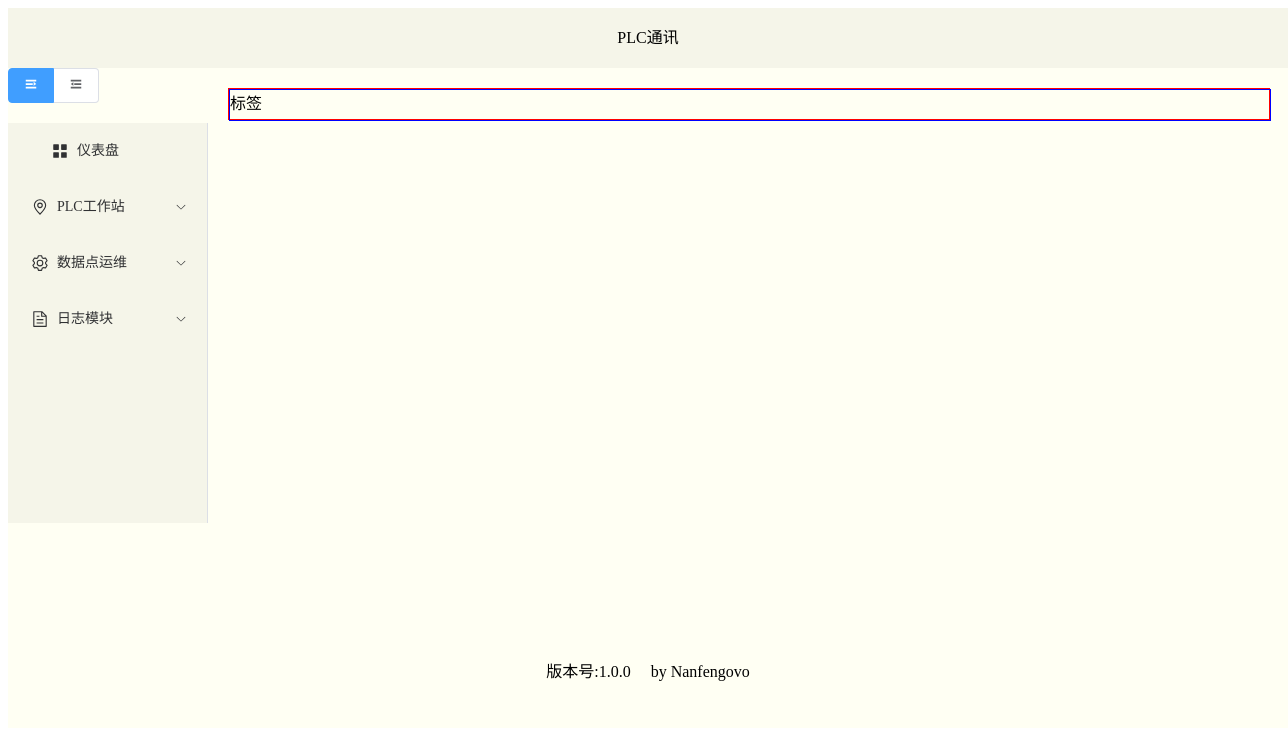
Repository: nanfengovo/HelperWorkStation
Page: /#/frameWork/PLCWorkstation/PLC (app in HelperWorkStation/plchelper-ui/)
An editor plug-in stored every save of this project. The page is shown before and after the next save, followed by the edit.
The browser window is 1280 px wide. The page is 1288 px wide, so the pictures cover 1288 px, including what lies to the right of the window. The pictures show the whole page.
The project was rebuilt for these pictures with package versions that can differ from the ones it lists, and the page was loaded fresh each time. Also part of the build but not shown: HelperWorkStation/plchelper-ui/vite.config.ts, HelperWorkStation/plchelper-ui/src/views/Login/index.vue.

Above is the page before, as saved 2024-12-27 14:47:09.

### HelperWorkStation/plchelper-ui/index.html
<!DOCTYPE html>
<html lang="">
  <head>
    <meta charset="UTF-8">
    <link rel="icon" href="/favicon.ico">
    <meta name="viewport" content="width=device-width, initial-scale=1.0">
    <title>Vite App</title>
  </head>
  <body>
    <div id="app"></div>
    <script type="module" src="/src/main.ts"></script>
  </body>
</html>

<style>
  #app{
    /* display: flex;
    justify-content: center;
    align-items: center; */
    height: 100vh;
    width: 100vw;
  }
</style>

### HelperWorkStation/plchelper-ui/src/main.ts
// import './assets/main.css'

import { createApp } from 'vue'
import ElementPlus from 'element-plus'
import 'element-plus/dist/index.css'
import { createPinia } from 'pinia'

import App from './App.vue'
import * as ElementPlusIconsVue from '@element-plus/icons-vue'
import router from './router'

const app = createApp(App)
app.use(router)
for (const [key, component] of Object.entries(ElementPlusIconsVue)) {
    app.component(key, component)
    }
app.use(ElementPlus)
app.use(createPinia())


app.mount('#app')

### HelperWorkStation/plchelper-ui/src/App.vue
<script setup lang="ts">
import {  RouterView } from 'vue-router'
import FrameWork from './views/FrameWork/index.vue'
import Login from './views/Login/index.vue'
</script>

<template>
  <div class="app">
    <RouterView />
  </div>

  <!-- <RouterView /> -->
</template>

<style scoped>
	html,body,#app{
      height: 100%;
      width: 100%;
	}
  .app{
    height: 100%;
    width: 100%;
  }
</style>

### HelperWorkStation/plchelper-ui/src/router/index.ts
import { createMemoryHistory, createRouter, createWebHashHistory, type RouteRecordRaw } from 'vue-router'
import frameWork from '../views/FrameWork/index.vue';
import Login from '../views/Login/index.vue';
import panel from '../views/FrameWork/layout/panel/index.vue';

// const routes: RouteRecordRaw[] = [];
const routes: Array<RouteRecordRaw> = [
    {
        path: '/',
        redirect: '/login'
    },
    {
        path: '/login',
        name: 'login',
        component: Login
    },
    {
        path: '/frameWork',
        name: '主页',
        component: frameWork,
        children: [
            {
                path: '/framework/panel',
                name: '仪表板',
                component: () => import('../views/FrameWork/layout/panel/index.vue'),
            },
            {
                path: '/frameWork/PLCWorkstation/Modbus',
                name: 'PLC工作站-Modbus',
                component: () => import('../views/FrameWork/layout/PLCWorkstation/Modbus/index.vue'),
            },
            {
                path: '/frameWork/PLCWorkstation/PLC',
                name: 'PLC工作站-PLC配置',
                component: () => import('../views/FrameWork/layout/PLCWorkstation/PLC/index.vue'),
            },
            {
                path: '/frameWork/PLCWorkstation/S7',
                name: 'PLC工作站-S7',
                component: () => import('../views/FrameWork/layout/PLCWorkstation/S7/index.vue'),
            },
            {
                path: '/frameWork/PLCWorkstation/OPC',
                name: 'PLC工作站-OPC',
                component: () => import('../views/FrameWork/layout/PLCWorkstation/OPC/index.vue'),
            },
            {
                path: '/frameWork/PLCWorkstation/FinsTCP',
                name: 'PLC工作站-FinsTCP',
                component: () => import('../views/FrameWork/layout/PLCWorkstation/FinsTCP/index.vue'),
            },
            {
                path: '/frameWork/DataPointOperations/Modbus',
                name: '数据点运维-Modbus',
                component: () => import('../views/FrameWork/layout/DataPointOperations/Modbus/index.vue'),
            },
            {
                path: '/frameWork/DataPointOperations/S7',
                name: '数据点运维-S7',
                component: () => import('../views/FrameWork/layout/DataPointOperations/S7/index.vue'),
            },
            {
                path: '/frameWork/DataPointOperations/Opc',
                name: '数据点运维-Opc',
                component: () => import('../views/FrameWork/layout/DataPointOperations/OPC/index.vue'),
            },
            {
                path: '/frameWork/DataPointOperations/FinsTCP',
                name: '数据点运维-FinsTCP',
                component: () => import('../views/FrameWork/layout/DataPointOperations/FinsTCP/index.vue'),
            },
            {
                path: '/frameWork/Log/Operation',
                name: '用户操作日志',
                component: () => import('../views/FrameWork/layout/Log/Operation/index.vue'),
            },
            {
                path: '/frameWork/Log/ReadWrite',
                name: '数据点读写日志',
                component: () => import('../views/FrameWork/layout/Log/ReadWrite/index.vue'),
            },

        ],


    },
];

const router = createRouter({
    history: createWebHashHistory(),
    routes,
});

export default router;

### HelperWorkStation/plchelper-ui/src/views/FrameWork/index.vue
<template>
    <div class="common-layout">
        <el-container>
            <div class="layout-header">
                <el-header>
                    PLC通讯
                </el-header>
            </div>
            <el-container>
                <el-aside width="200px" height="100vh" >
                    <el-radio-group v-model="isCollapse" style="margin-bottom: 20px">
                        <el-radio-button :value="false"><el-icon><Expand /></el-icon></el-radio-button>
                        <el-radio-button :value="true"><el-icon><Fold /></el-icon></el-radio-button>
                    </el-radio-group>
                    <el-menu
                        background-color="#f5f5e9"
                        default-active="1"
                        class="el-menu-vertical-demo"
                        :collapse="isCollapse"
                        @open="handleOpen"
                        @close="handleClose"
                        router
                    >
                        <el-menu-item index="/frameWork/panel">
                            <el-menu-item >
                                <el-icon><icon-menu /></el-icon>
                                <template #title>仪表盘</template>
                            </el-menu-item>
                        </el-menu-item>
                        <el-sub-menu index="2">
                        <template #title>
                            <el-icon><location /></el-icon>
                            <span>PLC工作站</span>
                        </template>
                        <el-menu-item-group >
                            <el-menu-item index="/frameWork/PLCWorkstation/PLC">PLC配置</el-menu-item>
                            <el-menu-item index="/frameWork/PLCWorkstation/Modbus">Modbus模块</el-menu-item>
                            <el-menu-item index="/frameWork/PLCWorkstation/S7">S7模块</el-menu-item>
                            <el-menu-item index="/frameWork/PLCWorkstation/OPC">OPC模块</el-menu-item>
                            <el-menu-item index="/frameWork/PLCWorkstation/FinsTCP">FinsTCP模块</el-menu-item>
                        </el-menu-item-group>
                        </el-sub-menu>
                        <el-sub-menu index="3">
                        <template #title>
                            <el-icon><Setting /></el-icon>
                            <span>数据点运维</span>
                        </template>
                        <el-menu-item-group >
                            <el-menu-item index="/frameWork/DataPointOperations/Modbus">Modbus数据点配置</el-menu-item>
                            <el-menu-item index="/frameWork/DataPointOperations/S7">S7数据点配置</el-menu-item>
                            <el-menu-item index="/frameWork/DataPointOperations/Opc">OPC数据点配置</el-menu-item>
                            <el-menu-item index="/frameWork/DataPointOperations/FinsTCP">FinsTCP数据点模块</el-menu-item>
                        </el-menu-item-group>
                        </el-sub-menu>
                        <el-sub-menu index="4">
                        <template #title>
                            <el-icon><Document /></el-icon>
                            <span>日志模块</span>
                        </template>
                        <el-menu-item-group >
                            <el-menu-item index="/frameWork/Log/Operation">操作日志</el-menu-item>
                            <el-menu-item index="/frameWork/Log/ReadWrite">读写日志</el-menu-item>
                        </el-menu-item-group>
                        </el-sub-menu>
                    </el-menu>
                </el-aside>
                    <el-container>
                        <el-main>
                            <div class="main-header">
                            <!-- <div class="main-header-breadcrumb"> -->
                                <!-- 面包屑 -->
                                <!-- <el-breadcrumb :separator-icon="ArrowRight"
                                                style="cursor: pointer; margin: 10px 0; display:inline-block;margin-left: 10px; ">
                                                <el-breadcrumb-item  >面包屑导航</el-breadcrumb-item>
                                </el-breadcrumb> -->
                            <!-- </div> -->
                            <div class="main-header-tab">
                                <el-tab>
                                    标签
                                </el-tab>
                            </div>
                        </div>
                            <RouterView/>
                        </el-main>
                    </el-container>
            </el-container>
                <el-footer class="fixed-footer" >
                    <span>版本号:{{SoftVersion}}</span>&nbsp;&nbsp;&nbsp;&nbsp;
                    <span>by {{ SoftAuthor }}</span>
                </el-footer>
        </el-container>
    </div>
</template>

<script lang="ts" setup>
import { ref } from 'vue'
import { useRouter } from 'vue-router';
import routes from '../../router/index';
import {
    Document,
    Menu as IconMenu,
    Location,
    Setting,
    ArrowRight,
} from '@element-plus/icons-vue'




const SoftVersion = ref('1.0.0')
const SoftAuthor = ref('Nanfengovo')


import { useRoute } from 'vue-router'
const route = useRoute()
const pathList = ref()

console.log('route', route)// 获取当前路由


const isCollapse = ref(false)

</script>

<style>
.el-menu-vertical-demo:not(.el-menu--collapse) {
    width: 200px;
    min-height: 400px;
}
.layout-header {
    background-color: #f5f5e9;
    color: black;
    text-align: center;
    line-height: 60px;
}
.common-layout{
    display: flex;
    flex-direction: column;
    min-height: 100vh;
    background-color: #fffff3;
}
.fixed-footer {
    background-color: #fffff3; /* 根据需要设置背景颜色 */
    padding: 10px; /* 根据需要设置内边距 */
    text-align: center; /* 根据需要设置文本对齐方式 */
    margin-bottom: 20px;
}
.main-header{
    border: red 1px solid;
    width: 100%;
    height: 30px;
}

.main-header-tab
{
    border: blue 1px solid;
    width: 100%;
    height: 30px;
}

</style>

### HelperWorkStation/plchelper-ui/src/views/FrameWork/layout/PLCWorkstation/PLC/index.vue
<template>

</template>
<script setup lang="ts">
</script>

After the next save:
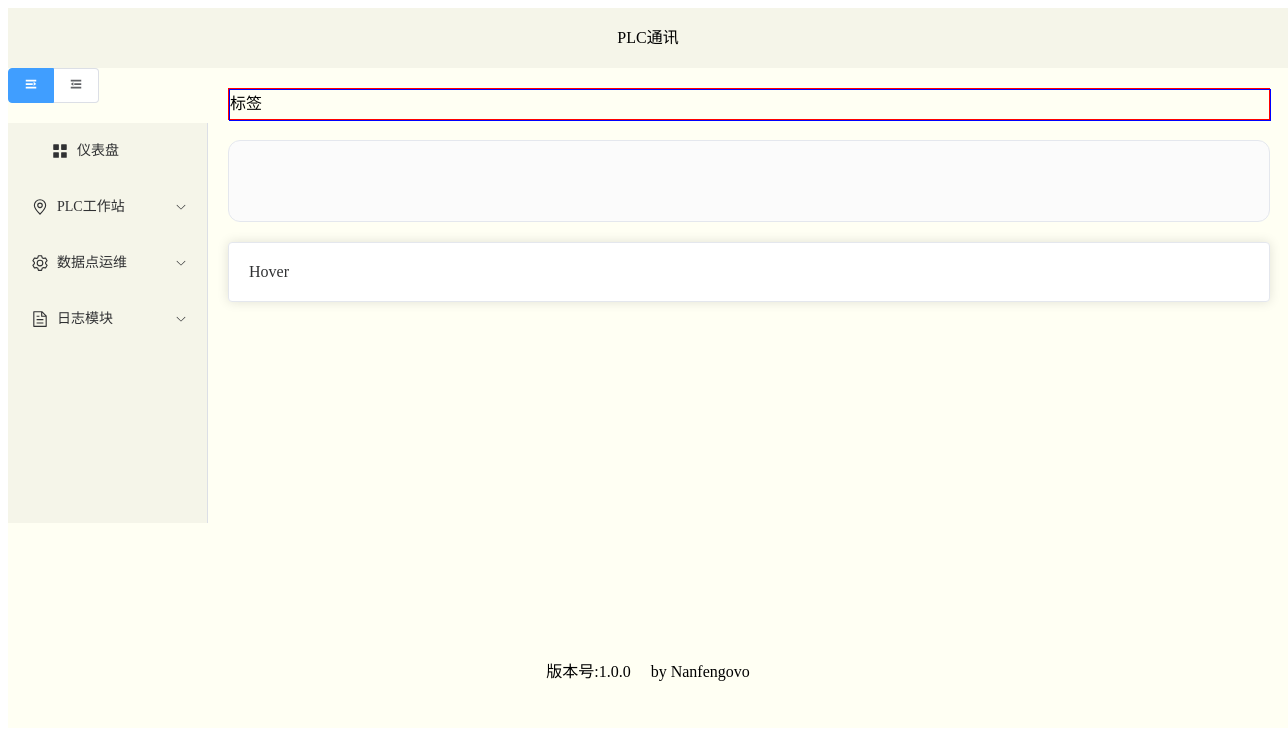
Saved 2 min 56 s later.
--- a/HelperWorkStation/plchelper-ui/src/views/FrameWork/layout/PLCWorkstation/PLC/index.vue
+++ b/HelperWorkStation/plchelper-ui/src/views/FrameWork/layout/PLCWorkstation/PLC/index.vue
@@ -1,5 +1,24 @@
 <template>
+    <div class="S7Card">
+        <el-card class="card-top" shadow="hover">
+            <div>
 
+            </div>
+        </el-card>
+        <el-card style="width: 100%" shadow="always">Hover</el-card>
+    </div>
 </template>
-<script setup lang="ts">
+<script setup lang = "ts">
 </script>
+
+<style scoped>
+.card-top {
+    width: 100%;
+    height: 80px;
+    margin-top: 20px;
+    margin-bottom: 20px;
+    background-color: #fbfbfb;
+    border-radius: 12px;
+}
+
+</style>
